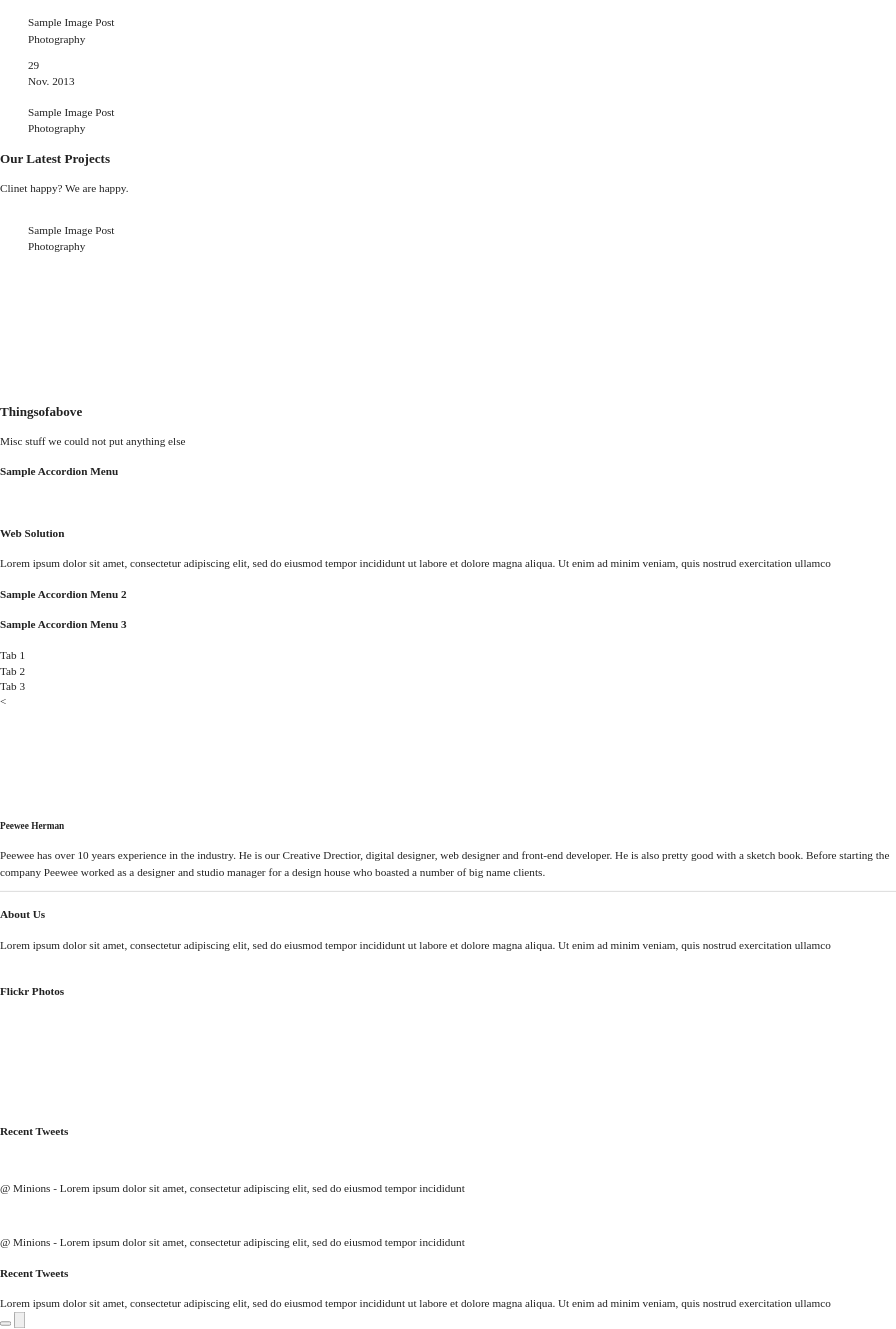
Repository: claudiashin/metrolics
Page: index.html
These files come from the project's save history. The page is drawn as it stood at one moment and after a run of saves; the edit follows.
The browser window is 1280 px wide. The pictures show the part of the page from y = 1584 to 3504 px (the page is 3482 px tall before and 3504 px after), at 70% of full size.

Above is the page before, as saved 2021-01-27 17:22:19.

After the next 4 saves:
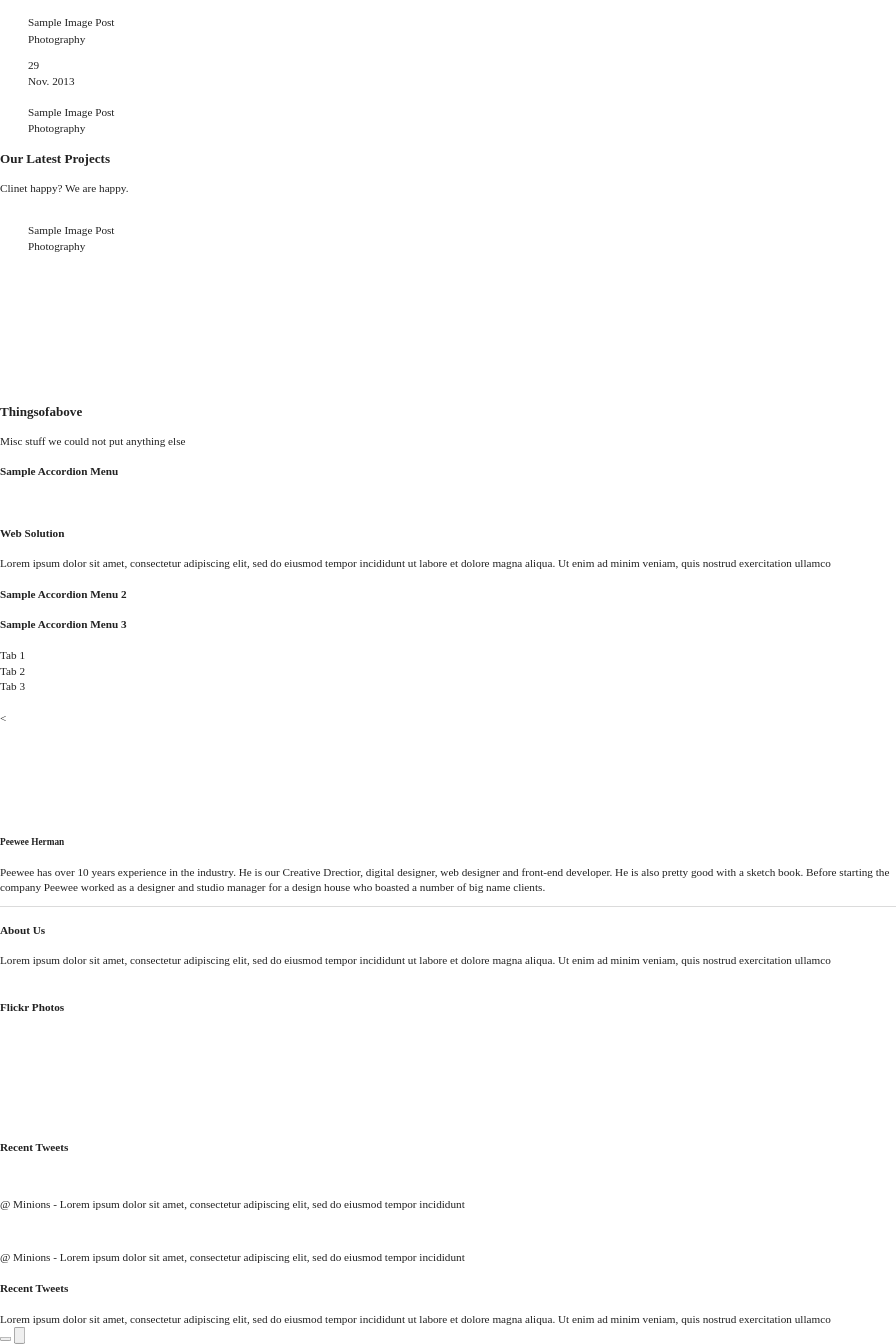
The 4 saves are shown as one change because they came seconds apart.
The last was saved 10 s later.
--- a/index.html
+++ b/index.html
@@ -217,7 +217,8 @@
       </div>
       <div class="tab_contents">
         <div class="">
-          <div><</div>
+          <div><img src=""></div>
+          <
         </div>
       </div>
     </div>
